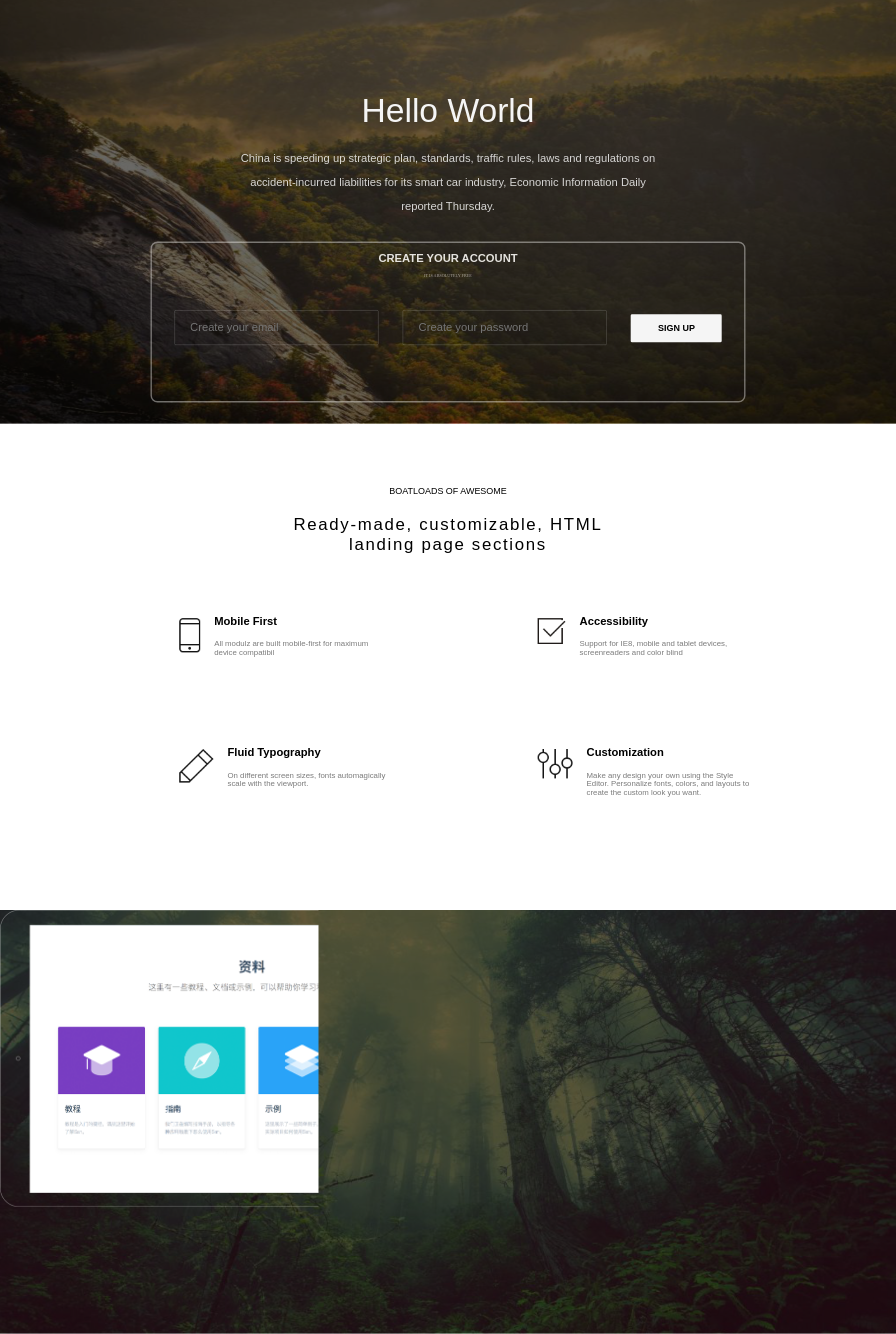
Repository: sogeisetsu/suy-ife
Page: 009-011/index.html
The author's editor kept a copy of each file at every save. The page is drawn from the files as they stood at one save, then again after the next save.
The browser window is 1280 px wide. The pictures show the whole page, at 70% of full size.

Above is the page before, as saved 2019-10-11 23:24:42.

### 009-011/index.html
<!DOCTYPE html>
<html>
    <head>
        <meta name="charset" content="utf-8">
        <meta http-equiv="refresh" content="30">
        <link rel="stylesheet" href="normalize.css" type="text/css">
        <link rel="stylesheet" href="index.css" type="text/css">
    </head>
    <body>
        <div id=head>
            <div class=headback>
                <img src="sucai/head-back.png" alt="头部背景" class="head-image">
                <div class="headbackcolor"></div>
            </div>
            <div class="headfont">
                <h1 class="headfonttittle">Hello World</h1>
                <p class="headfonttext">China is speeding up strategic plan, standards, traffic rules, laws and regulations on  </p>
                <p class="headfonttext">accident-incurred liabilities for its smart car industry, Economic Information Daily </p>
                <p class="headfonttext">reported Thursday.</p>
            </div>
            <div class="headform">
                <h2 class="tittle">Create Your Account</h2>
                <p class="text">It is absolutely free</p>
                <form action="#">
                    <input class="input-field" type="email" name="email" id="email" placeholder="Create your email">
                    <input class="input-field" type="password" name="pws" id="pws" placeholder="Create your password">
                    <input class="sign-up" type="button" value="Sign Up">
                </form>
            </div>
        </div>
        <div id="page2">
            <div class="p2head">
                <p>Boatloads of Awesome</p>
                <h2>Ready-made, customizable, HTML <br>landing page sections</h2>
            </div>
            <div class="p2text">
                <div class="iphone">
                    <img src="sucai/Iphone Icon.png" alt="iphone">
                    <div class="texto">
                    <p class="tittle">Mobile First</p>
                    <p class="text">All modulz are built mobile-first for maximum<br>device compatibil </p>
                    </div>
                </div>
                <div class="check">
                    <img src="sucai/Check Icon.png" alt="check">
                    <div class="texto">
                    <p class="tittle">Accessibility</p>
                    <p class="text">Support for IE8, mobile and tablet devices,<br> screenreaders and color blind</p>
                    </div>
                </div>
                <div class="pencil">
                    <img src="sucai/Pencil Icon.png" alt="pencil">
                    <div class="texto">
                    <p class="tittle">Fluid Typography</p>
                    <p class="text">On different screen sizes, fonts automagically<br> scale with the viewport.</p>
                    </div>
                </div>
                <div class="setting">
                    <img src="sucai/Settings Icon.png" alt="setting">
                    <div class="texto">
                    <p class="tittle">Customization</p>
                    <p class="text">Make any design your own using the Style<br> Editor. Personalize fonts, colors, and layouts to<br> create the custom look you want.</p>
                    </div>
                </div>
            </div>
        </div>
        <div id=page3>
            <div class=page3back>
                <img src="sucai/page3background.png" alt="第三张背景" class="page3-image">
                <!-- <img src="sucai/page3Screen.png" alt="ipad屏幕" class="page3-screen"> -->
                <div class="headbackcolor"></div>
                <img src="sucai/page3Screen.png" alt="ipad屏幕" class="page3-screen">

            </div>
        </div>
    </body>
</html>

### 009-011/index.css
html,body{
    margin: 0;
    height: 100%;
    width: 100%;
}
#head,#page2,#page3{
    width: 100%;
    height: 605px;
}
.headback{
    position: relative;
    width: 100%;
    height: 100%;
    z-index: -1;
}
.page3back{
    width: 100%;
    height: 100%;
    z-index: -1;
}
.page3-screen{
    position: relative;
    bottom: 1210px;
    height: 70%;
    display: block;
    margin-right: 0;
    margin-top: auto;
}
.headbackcolor{
    background-color: rgba(12, 10, 8, 0.61);
    width: 100%;
    height: 100%;
    position: relative;
    bottom: 605px;
}
.head-image,.page3-image{
    height: 100%;
    width: 100%;
    display: block;
}
.headfont{
    position: relative;
    margin: 0;
    bottom: 605px;
    text-align: center;
}
.headfonttittle{
    margin-top: 130px;
    font-size: 3em;
    color: rgb(245, 245, 245);
    font-weight: 300;
}
.headfonttext{
    font-weight: 300;
    color: rgba(255, 255, 255, 0.808);
}
.headform{
    position: relative;
    bottom: 605px;
    margin: 40px auto;
    border-style: solid ;
    border-width: 2px;
    border-color: rgba(236, 235, 233, 0.445);
    border-radius: 10px;
    box-sizing: border-box;
    width: 850px;
    display: flex;
    flex-direction: column;
    height: 230px;
}
.headform .tittle{
    color: rgba(252, 249, 246, 0.89);
    text-transform: uppercase;
    font-size: 1em;
    text-align: center;
}
.headform .text{
    color: rgba(252, 249, 246, 0.616);
    text-transform: uppercase;
    font-size: 0.3em;
    text-align: center;
    margin-top: 0;
    font-family: Montserrat-Light;
}
.headform form{
    margin: 40px auto;
}
input{
    color: rgb(245, 245, 245);
}
.headform .input-field{
    width: 292px;
    height: 50px;
    padding: 18px 0 18px 22px;
    margin-right: 30px;
    box-sizing: border-box;
	border-radius: 2px;
	border: solid 1px rgba(255, 255, 255, 0.2);
    background: transparent;
}

.headform .sign-up{
    color: rgb(0, 0, 0);
    background-color: rgb(245, 245, 245);
    text-align: center;
    border: 0;
    height: 40px;
    width: 130px;
    text-transform: uppercase;
    font-size: 0.8em;
    font-weight: bold;
    border-radius: 2px;
    cursor: pointer;
    outline: none;
}
.headform .sign-up:active{
    border: 0;
    border-color: rgb(245, 245, 245);
    outline: none;
}
.p2head{
    text-align: center;
    margin-top: 90px;
}
.p2head p{
    text-transform: uppercase;
    /* letter-spacing: 0.2em; */
    font-weight: 400;
    font-size: 0.8em;
    margin-bottom: 2em;
}
.p2head h2{
    font-weight: 400;
    letter-spacing: 0.1em;
    line-height: 1.2em;

}
.p2text{
    margin-top: 50px;
    display: flex;
    flex-flow: row wrap;
    margin-left: 20%;
}
.iphone,.check,.pencil,.setting{
    flex: 50%;
    margin-bottom: 60px;
    margin-top: 40px;
    /* overflow: hidden; */
}
.iphone img,.iphone .texto,.check .texto,.check img,.pencil .texto,.pencil img,.setting img,.setting .texto{
    float: left;
}
.iphone .texto,.check .texto,.pencil .texto,.setting .texto{
    position: relative;
    left: 20px;
    bottom: 20px;
    margin: 0;
}
.texto .tittle{
    font-weight: bold;
}
.texto .text{
    font-size: 0.7em;
    color: rgba(0, 0, 0, 0.521);
}

Loaded but not shown: 009-011/normalize.css (library)

After the next save:
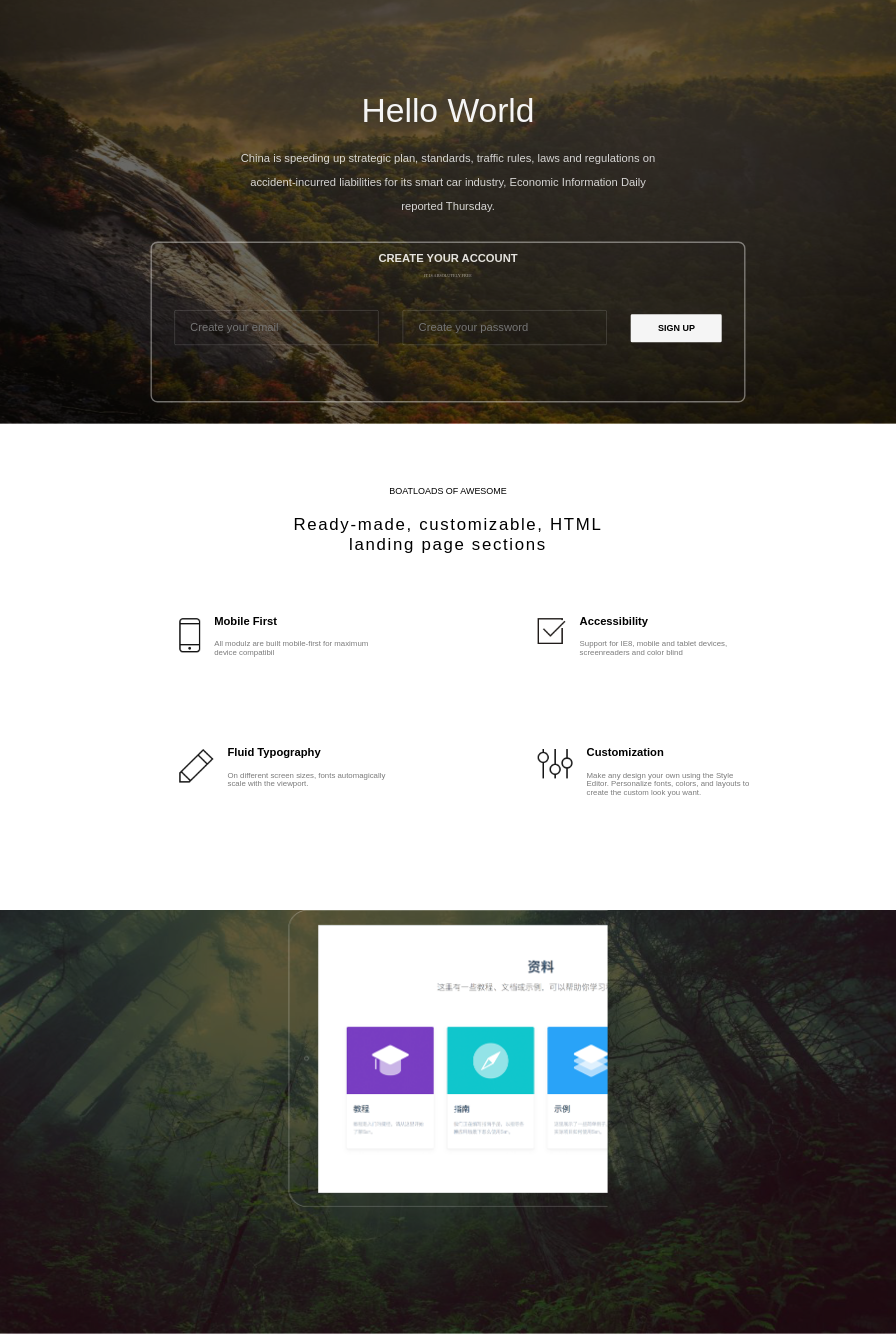
Saved 100 s later.
--- a/009-011/index.css
+++ b/009-011/index.css
@@ -23,8 +23,7 @@ html,body{
     bottom: 1210px;
     height: 70%;
     display: block;
-    margin-right: 0;
-    margin-top: auto;
+    margin: auto;
 }
 .headbackcolor{
     background-color: rgba(12, 10, 8, 0.61);
